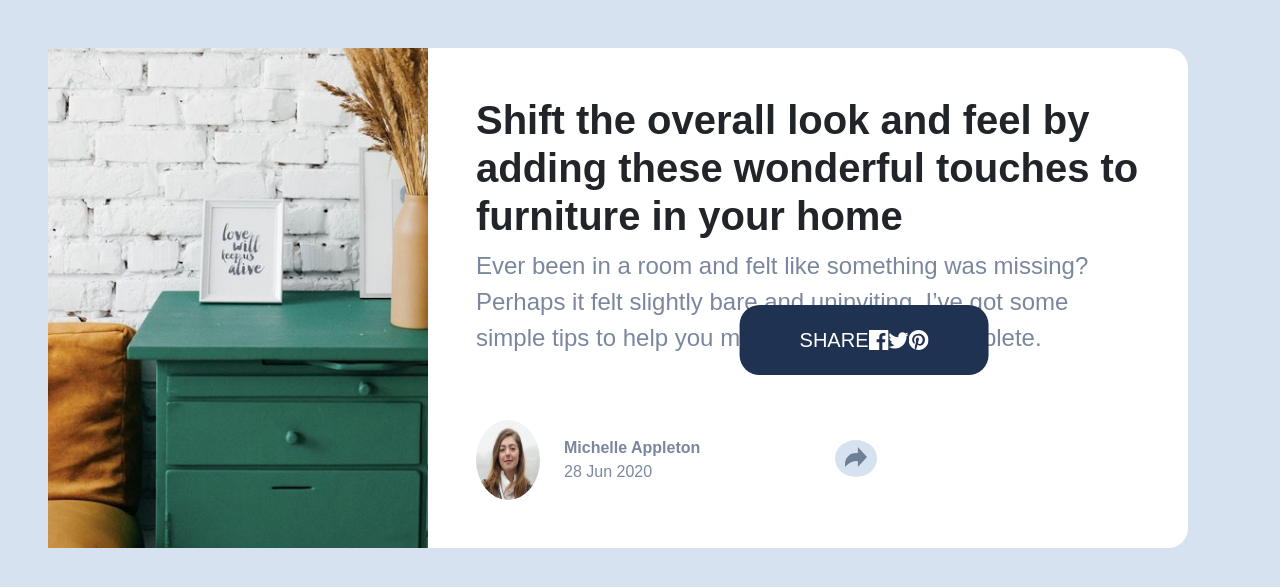
Repository: blordeus/article-preview-component
Page: index.html
These files come from the project's save history. The page is drawn as it stood at one moment and after a run of saves; the edit follows.
The browser window is 1280 px wide. The pictures show the whole page.

Above is the page before, as saved 2024-05-17 17:32:31.

### index.html
<!DOCTYPE html>
<html lang="en">
<head>
  <meta charset="UTF-8">
  <meta name="viewport" content="width=device-width, initial-scale=1.0"> <!-- displays site properly based on user's device -->

  <link rel="icon" type="image/png" sizes="32x32" href="./images/favicon-32x32.png">
  <link href="https://cdn.jsdelivr.net/npm/bootstrap@5.3.3/dist/css/bootstrap.min.css" rel="stylesheet" integrity="sha384-QWTKZyjpPEjISv5WaRU9OFeRpok6YctnYmDr5pNlyT2bRjXh0JMhjY6hW+ALEwIH" crossorigin="anonymous">
  <script src defer="https://cdn.jsdelivr.net/npm/bootstrap@5.3.3/dist/js/bootstrap.bundle.min.js" integrity="sha384-YvpcrYf0tY3lHB60NNkmXc5s9fDVZLESaAA55NDzOxhy9GkcIdslK1eN7N6jIeHz" crossorigin="anonymous"></script>
  <script src defer="./socials.js"></script>
  <link rel="stylesheet" href="style.css">
  <title>Frontend Mentor | Article preview component</title>

</head>
<body class="container m-5">

  <main class="bg-color row">

    <section id="section-1" class="col-4">
    </section>

    <section class="col my-auto p-5">
      <h1 class="text-color fw-bold fs-1">Shift the overall look and feel by adding these wonderful touches to furniture in your home</h1>

      <p class="fs-4">
        Ever been in a room and felt like something was missing? Perhaps
        it felt slightly bare and uninviting. I’ve got some simple tips
        to help you make any room feel complete.
      </p>
      <div class="row pt-5">
        <div class="col d-flex">
          <img id="avatar" src="./images/avatar-michelle.jpg" alt="michelle">
            <div class="ms-4 vstack my-auto mt-3">
              <p class="fw-bold font-black fs-6">Michelle Appleton <br> <span class="fw-normal">28 Jun 2020</span></p>
            </div>
          </div>
          <div class="col my-auto">
              <div class="d-flex justify-content-evenly align-items-center popup">
                <p class="popup-text mt-3">SHARE</p>
                  <img id="facebook" src="./images/icon-facebook.svg" alt="facebook">
                  <img id="twitter" src="./images/icon-twitter.svg" alt="twitter">
                  <img id="pinterest" src="./images/icon-pinterest.svg" alt="pinterest">
              </div>
            <a href="#"><span class="share-background"><img id="share" src="./images/icon-share.svg" alt="share"></span></a>
          </div>
        </div>
      </div>
    </section>

  </main>
  <div class="attribution d-none">
    Challenge by <a href="https://www.frontendmentor.io?ref=challenge" target="_blank">Frontend Mentor</a>.
    Coded by <a href="#">Bryan Lordeus</a>.
  </div>
</body>
</html>

### style.css
/* root */
:root {
    --white: hsl(0, 0%, 100%);
    --light-gray: hsl(212, 45%, 89%);
    --grayish-blue: hsl(220, 15%, 55%);
    --dark-blue: hsl(218, 44%, 22%);
}

/* import Manrope font */
@import url('https://fonts.googleapis.com/css2?family=Manrope:wght@500;700&display=swap');

* {
    font-family: 'Manrope', sans-serif;
}


body {
    background-color: var(--light-gray);
}

main {
    background-color: var(--white);
    border-radius: 20px;

}

p {
    font-size: 13px;
    color: var(--grayish-blue);
}

#section-1 {
    background-image: url(./images/drawers.jpg);
    background-repeat: no-repeat;
    background-size: cover;
}

#avatar {
    /* make round */
    border-radius: 50%;
    /* make image smaller */
    width: 20%;
}

#share {
    width: 7%;
    position: static;
    margin-bottom: 2%;
}

.share-background {
    /* add light gray circle as background to icon */
    background-color: var(--light-gray);
    border-radius: 50%;
    padding: 10px;
    /* center icon */
    margin-left: 15px;
    margin-right: 15px;
    z-index: -2;
}

.popup {
    background-color: var(--dark-blue);
    border-radius: 20px;
    padding: 4px 60px;
    position: absolute;
    top: 50%;
    left: 50%;
    transform: translate(40%, -100%);
    z-index: 1;
    margin-top: 15px;
    margin-bottom: 15px;
}

.popup-text {
    color: var(--white);
    font-size: 20px;
}

After the next 2 saves:
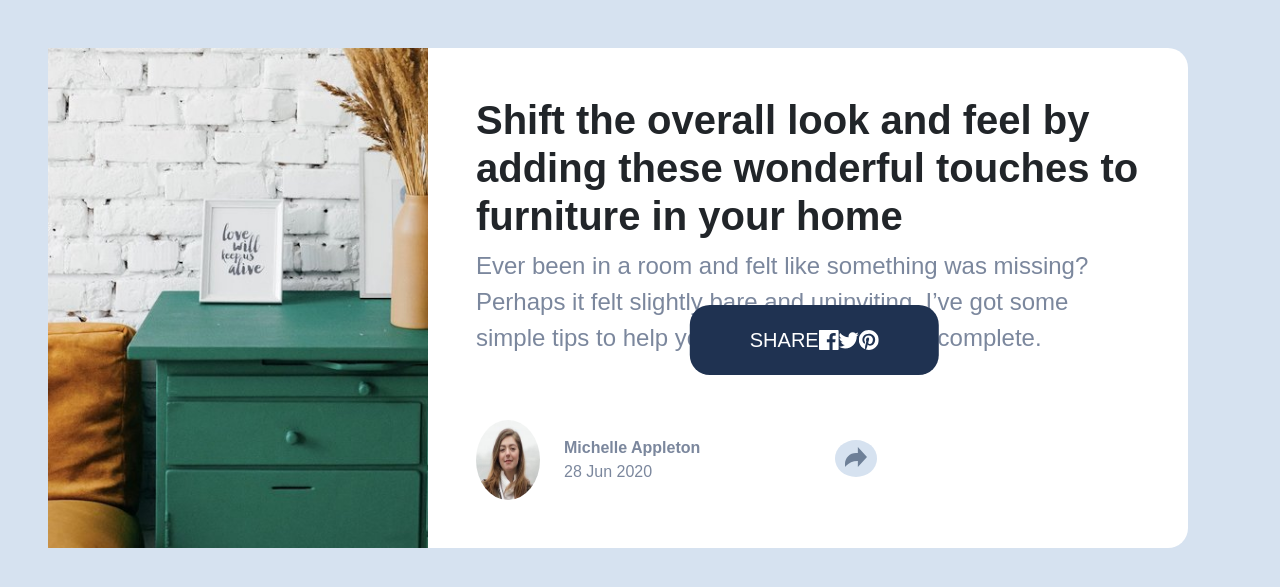
The 2 saves are shown as one change because they came seconds apart.
The last was saved 8 s later.
--- a/style.css
+++ b/style.css
@@ -66,7 +66,7 @@
     position: absolute;
     top: 50%;
     left: 50%;
-    transform: translate(40%, -100%);
+    transform: translate(20%, -100%);
     z-index: 1;
     margin-top: 15px;
     margin-bottom: 15px;

After the 4 saves that followed:
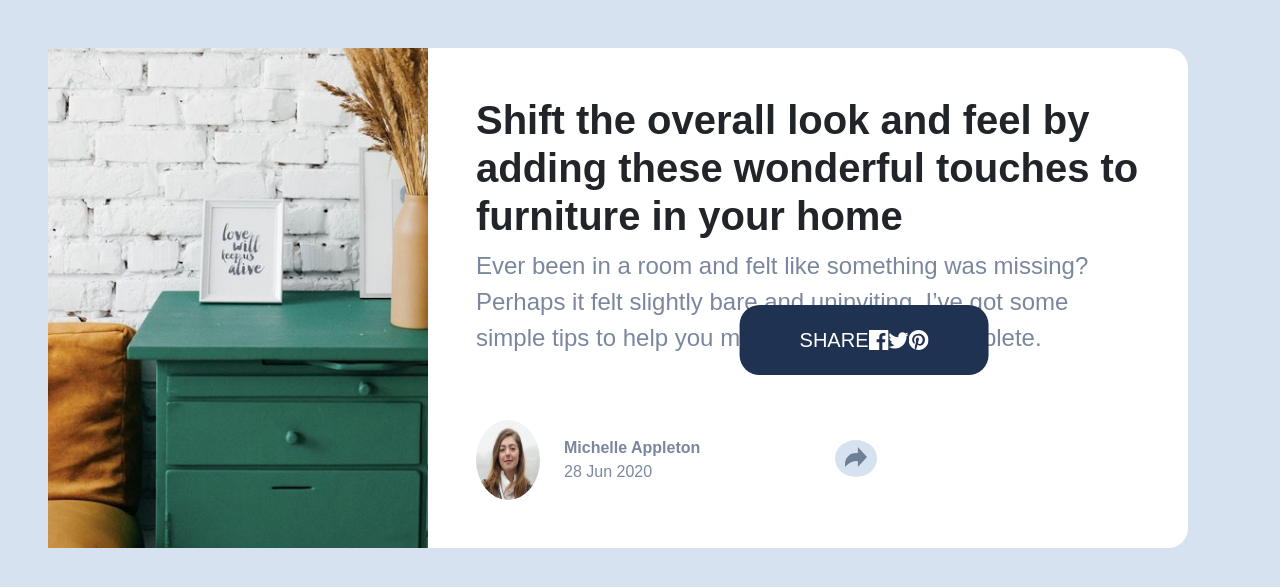
The 4 saves are shown as one change because 1 left the picture as it was and some came seconds apart.
The last was saved 15 s later.
--- a/style.css
+++ b/style.css
@@ -66,7 +66,7 @@
     position: absolute;
     top: 50%;
     left: 50%;
-    transform: translate(20%, -100%);
+    transform: translate(40%, -100%);
     z-index: 1;
     margin-top: 15px;
     margin-bottom: 15px;
